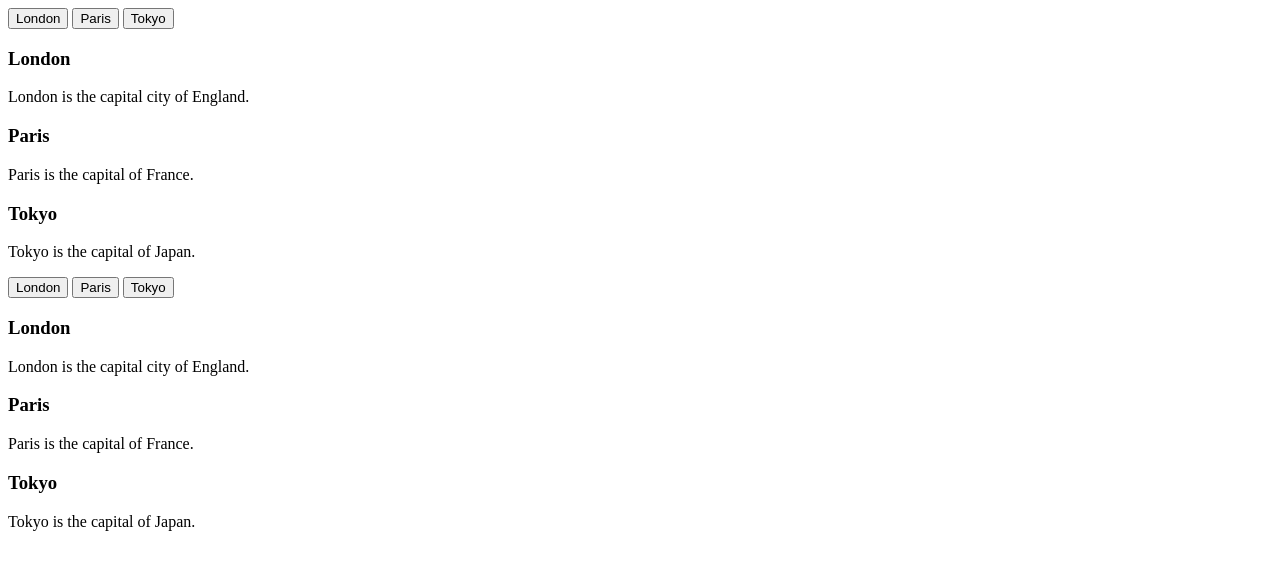
Repository: brandonhyc/note_collection
Page: 基础笔记/HTML_CSS_JS/Examples/inheritanceComponent/index.html
The author's editor kept a copy of each file at every save. The page is drawn from the files as they stood at one save, then again after the next save.
The browser window is 1280 px wide. The pictures show the whole page.

Above is the page before, as saved 2019-02-15 10:00:07.

### 基础笔记/HTML_CSS_JS/Examples/inheritanceComponent/index.html
<!DOCTYPE html>
<html>
<head>
    <meta charset="utf-8" />
    <meta http-equiv="X-UA-Compatible" content="IE=edge">
    <title>Page Title</title>
    <meta name="viewport" content="width=device-width, initial-scale=1">
    <!-- <link rel="stylesheet" type="text/css" media="screen" href="main.css" /> -->

</head>
<body>
    <tabSwitcher></tabSwitcher>


</body>
<template>
    <div class="tabSwitcher">
        <div class="tab">
            <button class="tablinks" value=0>London</button>
            <button class="tablinks" value=1>Paris</button>
            <button class="tablinks" value=2>Tokyo</button>
        </div>

        <!-- Tab content -->
        <div class="container">
            <div id="London" class="tabcontent" id="tabContent-1">
                <h3>London</h3>
                <p>London is the capital city of England.</p>
            </div>

            <div id="Paris" class="tabcontent" id="tabContent-2">
                <h3>Paris</h3>
                <p>Paris is the capital of France.</p>
            </div>

            <div id="Tokyo" class="tabcontent" id="tabContent-3">
                <h3>Tokyo</h3>
                <p>Tokyo is the capital of Japan.</p>
            </div>
        </div>
    </div>

</template>

    <script src="inheritanceComponent.js"></script>
</html>

### 基础笔记/HTML_CSS_JS/Examples/inheritanceComponent/inheritanceComponent.js
class tabSwitcher {
    constructor(prop) {
        this.id = prop.id;
        this.node = this.create;
    }

    get create() {
        if (this.node != null) {
            return this.node;
        }
        let temp = document.getElementsByTagName("template")[0];
        let clon = temp.content.cloneNode(true);

        clon.id = this.id;
        this.node = clon;

        let buttonsDiv = this.node.querySelector(".tab");
        buttonsDiv.addEventListener('click', this.switchTab);

        document.body.appendChild(this.node);
        return clon;
    }


    switchTab(event) {
        let index = event.target.value;
        let tabs = this.parentElement.querySelectorAll(".container div");
        // stop papergate

        // close previous tab
        for (let i = 0; i < tabs.length; i++) {
            tabs[i].style.display = "none";
        }
        debugger
        // show the tab content
        tabs[index].style.display = "contents";
    }
}


(function main() {
    let tabCompObj = new tabSwitcher("first");
    let tabComp= tabCompObj.create;

    let tabCompObj2 = new tabSwitcher("second");
    let tabComp2 = tabCompObj.create;

})()

After the next save:
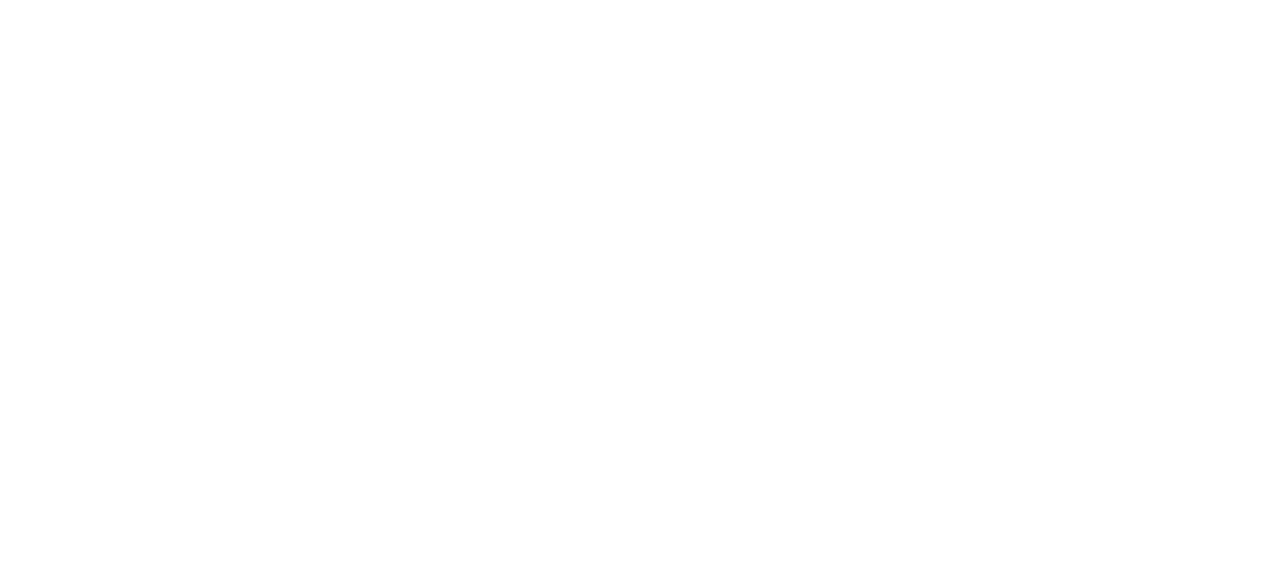
Console error: ReferenceError: node is not defined
Saved 2 min 59 s later.
--- a/基础笔记/HTML_CSS_JS/Examples/inheritanceComponent/inheritanceComponent.js
+++ b/基础笔记/HTML_CSS_JS/Examples/inheritanceComponent/inheritanceComponent.js
@@ -38,7 +38,14 @@
 }
 
 
+
 (function main() {
+    // get all tabComponents
+
+    document.querySelectorAll("tabSwitcher").forEach(node, index => {
+        new tabSwitcher({id: "tab" + index});
+    });
+
     let tabCompObj = new tabSwitcher("first");
     let tabComp= tabCompObj.create;
 

After the 2 saves that followed:
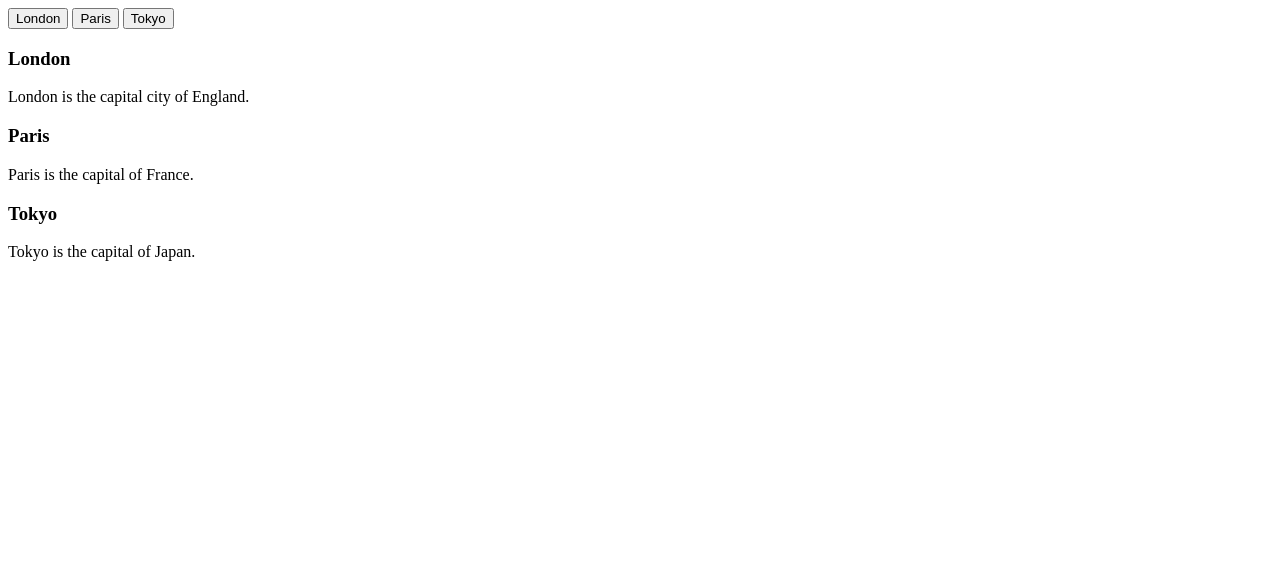
The error is gone.
The 2 saves are shown as one change because 1 left the picture as it was.
The last was saved 46 s later.
--- a/基础笔记/HTML_CSS_JS/Examples/inheritanceComponent/inheritanceComponent.js
+++ b/基础笔记/HTML_CSS_JS/Examples/inheritanceComponent/inheritanceComponent.js
@@ -42,14 +42,8 @@
 (function main() {
     // get all tabComponents
 
-    document.querySelectorAll("tabSwitcher").forEach(node, index => {
+    document.querySelectorAll("tabSwitcher").forEach((node, index) => {
         new tabSwitcher({id: "tab" + index});
     });
 
-    let tabCompObj = new tabSwitcher("first");
-    let tabComp= tabCompObj.create;
-
-    let tabCompObj2 = new tabSwitcher("second");
-    let tabComp2 = tabCompObj.create;
-
 })()
